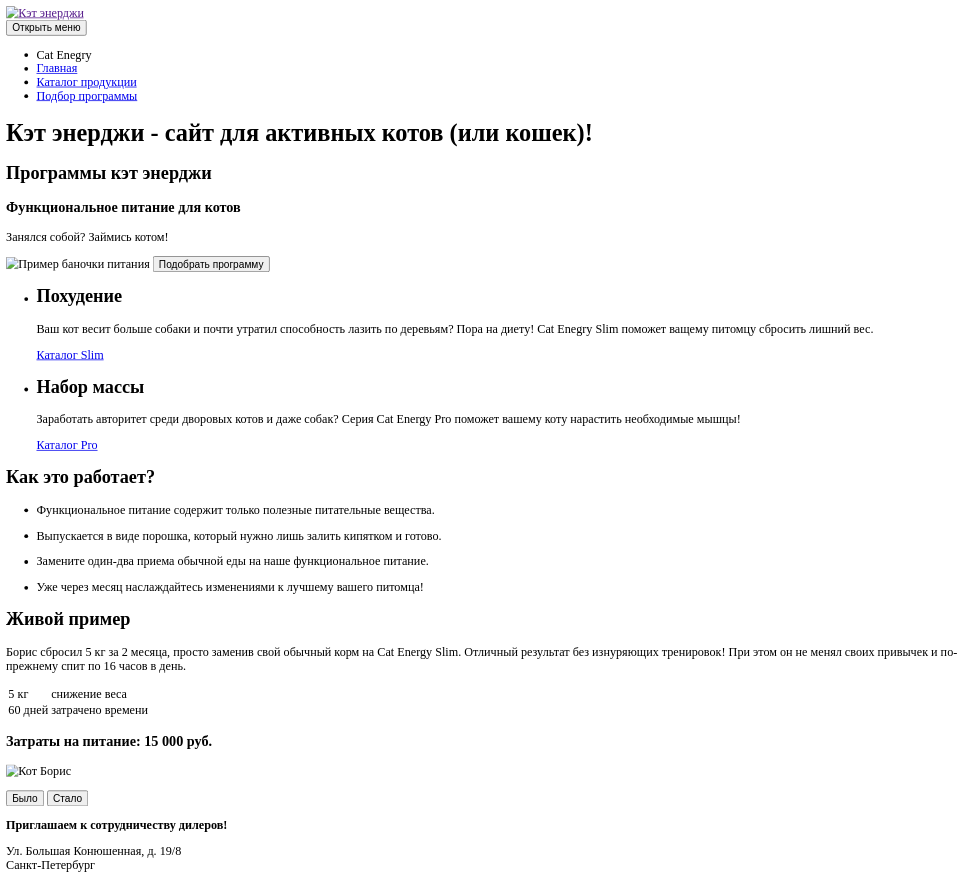
Repository: infernotw/1054987-cat-energy-17
Page: source/index.html
The author's editor kept a copy of each file at every save. The page is drawn from the files as they stood at one save, then again after the next save.
The browser window is 1280 px wide. The pictures show the whole page, at 76% of full size.

Above is the page before, as saved 2019-07-17 04:49:01.

After the next save:
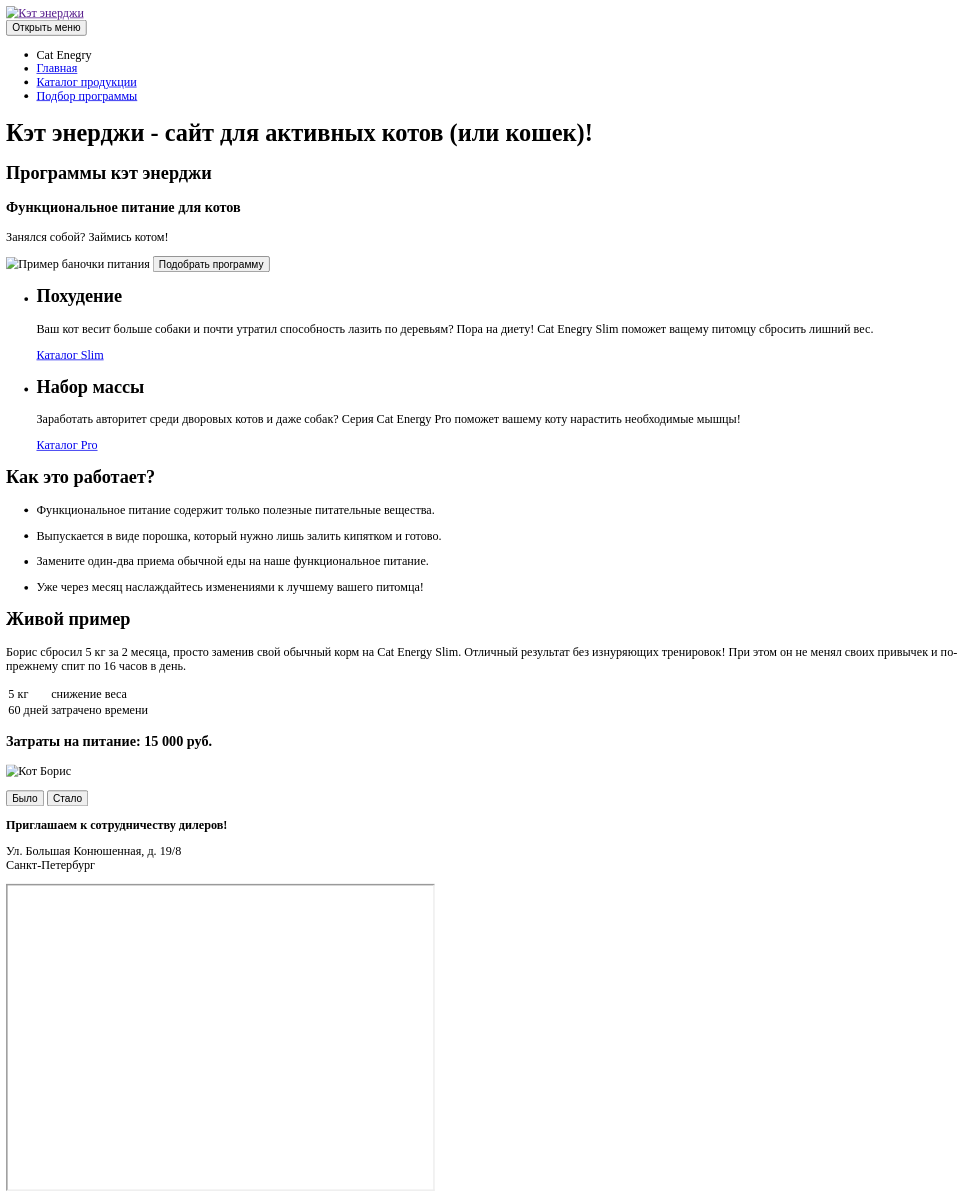
Saved 38 s later.
--- a/source/index.html
+++ b/source/index.html
@@ -113,7 +113,8 @@
       <b class="contacts__title">Приглашаем к сотрудничеству дилеров!</b>
       <p class="contacts__text">Ул. Большая Конюшенная, д. 19/8<br>Санкт-Петербург</p>
       <div class="contacts__map">
-
+        <iframe src="https://yandex.ru/map-widget/v1/-/CCwfVC62" width="560" height="400" frameborder="1"
+          allowfullscreen="true"></iframe>
       </div>
     </div>
     <div class="page-footer__social social">
